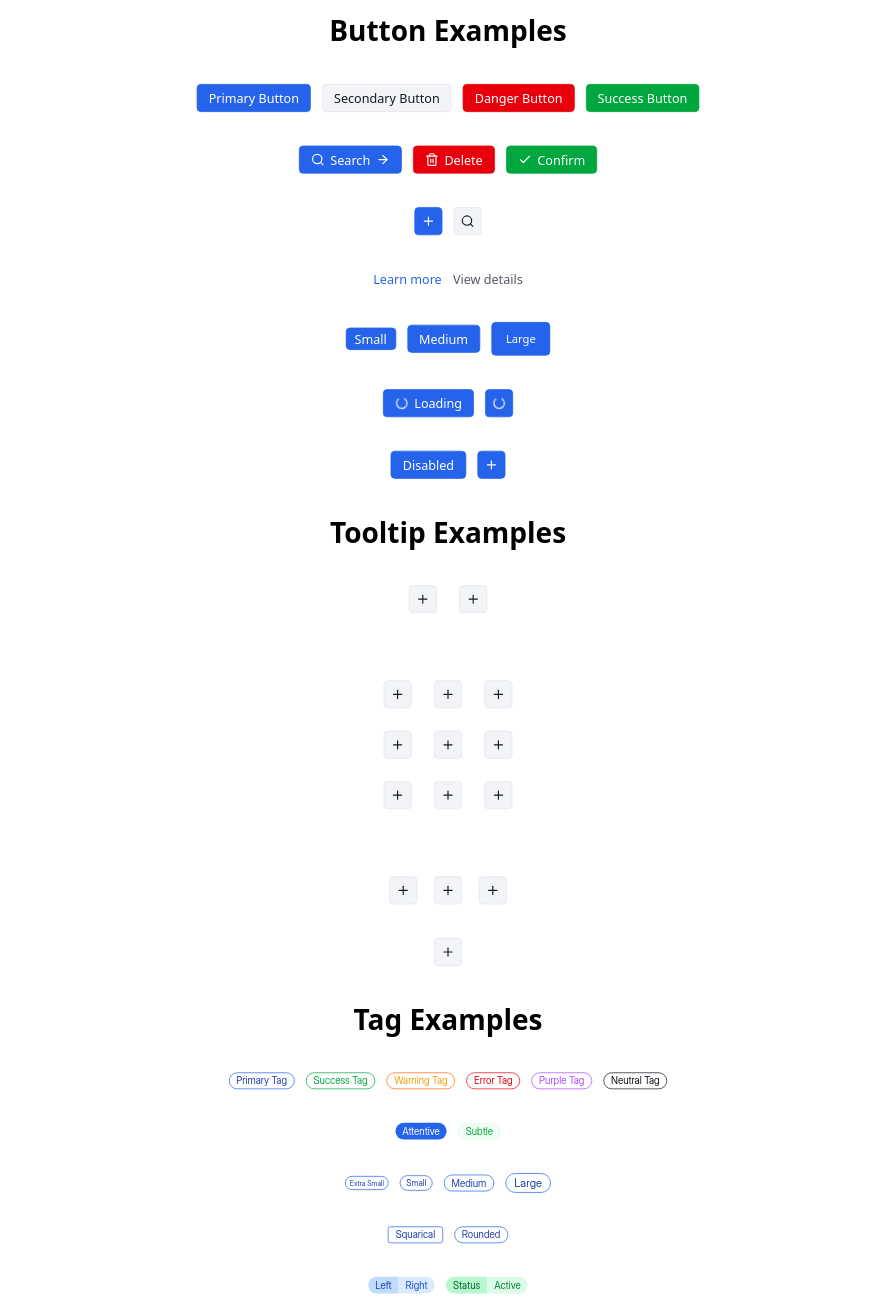
Repository: vinit-juspay/design-system
Page: /
The author's editor kept a copy of each file at every save. The page is drawn from the files as they stood at one save, then again after the next save.
The browser window is 1280 px wide. The pictures show the whole page, at 70% of full size.
Some web fonts or font styles are not loaded; a fallback is used. The project was rebuilt for these pictures with package versions that can differ from the ones it lists, and the page was loaded fresh each time. Also part of the build but not shown: vite.config.ts, src/components/button/Button.utils.ts, src/components/button/Button.tsx.

Above is the page before, as saved 2025-04-05 19:01:44.

### index.html
<!doctype html>
<html lang="en">
  <head>
    <meta charset="UTF-8" />
    <meta name="viewport" content="width=device-width, initial-scale=1.0" />
    <link rel="preconnect" href="https://fonts.googleapis.com">
    <link rel="preconnect" href="https://fonts.gstatic.com" crossorigin>
    <link href="https://fonts.googleapis.com/css2?family=Inter+Display:wght@400;500;600;700&family=JetBrains+Mono:wght@400;500;600;700&display=swap" rel="stylesheet">
    <title>Juspay Design System</title>
  </head>
  <body>
    <div id="root"></div>
    <script type="module" src="/src/main.tsx"></script>
  </body>
</html>

### src/index.ts
import './index.css';

export type { ButtonProps, ButtonType, ButtonSize } from './components/button/Button.types';
export { default as Button } from './components/button/Button';

export type { TooltipProps, TooltipSize, TooltipArrow, SlotDirection } from './components/tooltip/Tooltip.types';
export { default as Tooltip } from './components/tooltip/Tooltip';

### lib/main.ts
import '../src/index.css';

export { default as Button } from './components/Button/Button';
export { default as Tag, SplitTag } from './components/Tags/Tags';

### src/components/tooltip/Tooltip.tsx
import * as React from 'react';
import * as RadixTooltip from '@radix-ui/react-tooltip';
import { TooltipProps } from './Tooltip.types';
import { getTooltipClassNames, getArrowStyles, getContentContainerClassNames, getSlotClassNames } from './Tooltip.utils';

/**
 * Tooltip component built on top of Radix UI tooltip primitive
 * Provides contextual information when hovering over elements
 *
 * @component
 * @example
 * // Basic usage
 * <Tooltip content="This is a tooltip">
 *   <Button>Hover me</Button>
 * </Tooltip>
 *
 * // With custom slot (e.g. icon)
 * <Tooltip content="Custom tooltip" arrow="right" hasSlot slot={InfoIcon} slotDirection="left">
 *   <span>Hover for info</span>
 * </Tooltip>
 */

const Tooltip = React.forwardRef<
  React.ElementRef<typeof RadixTooltip.Content>,
  TooltipProps
>(({
  children,
  content,
  size = 'sm',
  arrow = 'default',
  hasSlot = false,
  slotDirection = 'left',
  slot: Slot,
  providerProps = { delayDuration: 300 },
  rootProps,
  contentProps,
}, ref) => {
  const tooltipClassNames = getTooltipClassNames(size);
  const { arrowClassName, side, align, showArrow } = getArrowStyles(arrow);
  const contentContainerClassNames = getContentContainerClassNames();

  return (
    <RadixTooltip.Provider delayDuration={providerProps.delayDuration}>
      <RadixTooltip.Root {...rootProps}>
        <RadixTooltip.Trigger asChild>
          {children}
        </RadixTooltip.Trigger>
        <RadixTooltip.Portal>
          <RadixTooltip.Content
            ref={ref}
            sideOffset={5}
            side={side as RadixTooltip.TooltipContentProps['side']}
            align={align as RadixTooltip.TooltipContentProps['align']}
            className={tooltipClassNames}
            {...contentProps}
          >
            <div className={contentContainerClassNames}>
              {hasSlot && slotDirection === 'left' && Slot && (
                <Slot className={getSlotClassNames('left')} />
              )}
              {content}
              {hasSlot && slotDirection === 'right' && Slot && (
                <Slot className={getSlotClassNames('right')} />
              )}
            </div>
            {showArrow && <RadixTooltip.Arrow className={arrowClassName} />}
          </RadixTooltip.Content>
        </RadixTooltip.Portal>
      </RadixTooltip.Root>
    </RadixTooltip.Provider>
  );
});

Tooltip.displayName = 'Tooltip';

export default Tooltip;

### lib/components/Button/Button.tsx
import * as React from 'react';
import { Loader2 } from 'lucide-react';
import { ButtonProps } from './types';
import { cn } from '../../utils';
import { getButtonClassNames, getIconClassNames, getTextClassNames } from './utils';

const Button = React.forwardRef<HTMLButtonElement, ButtonProps>(
  ({
    buttonType = 'primary',
    size = 'md',
    subType = 'default',
    text,
    leadingIcon: LeadingIcon,
    trailingIcon: TrailingIcon,
    isLoading = false,
    isDisabled = false,
    className,
    children,
    ...props
  }, ref) => {
    const baseClassNames = getButtonClassNames(buttonType, size, subType);
    const iconClassNames = getIconClassNames(size, isLoading);
    const textClassNames = getTextClassNames(size);

    return (
      <button
        ref={ref}
        disabled={isDisabled || isLoading}
        className={cn(baseClassNames, className)}
        {...props}
      >
        {isLoading && (
          <Loader2 className={iconClassNames} />
        )}
        {!isLoading && LeadingIcon && (
          <LeadingIcon className={iconClassNames} />
        )}
        {(text || children) && (
          <span className={textClassNames}>{text || children}</span>
        )}
        {!isLoading && TrailingIcon && (
          <TrailingIcon className={iconClassNames} />
        )}
      </button>
    );
  }
);

Button.displayName = 'Button';

export default Button;

### lib/components/Tags/Tags.tsx
import * as React from 'react';
import { TagProps, SplitTagProps } from './types';
import { cn } from '../../utils';
import { getTagClassNames, getSplitTagClassNames } from './utils';
import { themeConfig } from '../../themeConfig';

const Tag = React.forwardRef<HTMLDivElement, TagProps>(
  ({
    variant = 'noFill',
    tagStyle = 'rounded',
    size = 'md',
    color = 'neutral',
    label,
    leadingIcon: LeadingIcon,
    trailingIcon: TrailingIcon,
    className,
    children,
    ...props
  }, ref) => {
    const baseClassNames = getTagClassNames(variant, tagStyle, size, color);

    // Size-appropriate icon sizes from themeConfig
    const iconSizes = {
      xs: "h-2.5 w-2.5",
      sm: "h-3 w-3",
      md: "h-3.5 w-3.5",
      lg: "h-4 w-4"
    };

    if (variant === 'splitTags') {
      return null; // SplitTag component should be used instead
    }

    return (
      <div
        ref={ref}
        className={cn(baseClassNames, className)}
        {...props}
      >
        {LeadingIcon && (
          <LeadingIcon className={iconSizes[size]} />
        )}
        {(label || children) && (
          <span className={cn("font-body", themeConfig.euler.tag.sizes[size].fontSize.split(' ')[0])}>
            {label || children}
          </span>
        )}
        {TrailingIcon && (
          <TrailingIcon className={iconSizes[size]} />
        )}
      </div>
    );
  }
);

Tag.displayName = 'Tag';

export const SplitTag = React.forwardRef<HTMLDivElement, SplitTagProps>(
  ({
    tagStyle = 'rounded',
    size = 'md',
    color = 'neutral',
    leftLabel,
    rightLabel,
    leftIcon: LeftIcon,
    rightIcon: RightIcon,
    className,
    ...props
  }, ref) => {
    // Size-appropriate icon sizes
    const iconSizes = {
      xs: "h-2.5 w-2.5",
      sm: "h-3 w-3",
      md: "h-3.5 w-3.5",
      lg: "h-4 w-4"
    };

    return (
      <div
        ref={ref}
        className={cn("inline-flex", className)}
        {...props}
      >
        <div className={getSplitTagClassNames(tagStyle, size, color, true)}>
          {LeftIcon && <LeftIcon className={iconSizes[size]} />}
          {leftLabel && (
            <span className={cn("font-body", themeConfig.euler.tag.sizes[size].fontSize.split(' ')[0])}>
              {leftLabel}
            </span>
          )}
        </div>
        <div className={getSplitTagClassNames(tagStyle, size, color, false)}>
          {rightLabel && (
            <span className={cn("font-body", themeConfig.euler.tag.sizes[size].fontSize.split(' ')[0])}>
              {rightLabel}
            </span>
          )}
          {RightIcon && <RightIcon className={iconSizes[size]} />}
        </div>
      </div>
    );
  }
);

SplitTag.displayName = 'SplitTag';

export default Tag;

### src/components/tooltip/Tooltip.utils.ts
import { TooltipSize, TooltipArrow } from './Tooltip.types';
import { themeConfig } from '../../themeConfig';
import { cn } from '../../lib/utils';

/**
 * Generates the appropriate class names for a tooltip based on its size
 *
 * @param {TooltipSize} size - The size of the tooltip (sm or lg)
 * @returns {string} Combined Tailwind CSS class names for the tooltip
 */
export const getTooltipClassNames = (size: TooltipSize): string => {
  const theme = themeConfig.euler.tooltip;
  const tooltipSize = theme.sizes[size];

  return cn(
    theme.baseStyles,
    tooltipSize.padding,
    tooltipSize.fontSize,
    tooltipSize.borderRadius,
    tooltipSize.maxWidth
  );
};

/**
 * Generates the appropriate class names for the slot based on its direction
 *
 * @param {string} direction - The direction of the slot ('left' or 'right')
 * @returns {string} Combined Tailwind CSS class names for the slot
 */
export const getSlotClassNames = (direction: 'left' | 'right'): string => {
  return cn(
    'h-4 w-4',
    direction === 'left' ? 'mr-2' : 'ml-2'
  );
};

/**
 * Generates the appropriate class names for a tooltip arrow based on its position
 *
 * @param {TooltipArrow} arrow - The position of the arrow
 * @returns {object} Object containing arrow classes and side/align props for Radix UI
 */
export const getArrowStyles = (arrow: TooltipArrow) => {
  const theme = themeConfig.euler.tooltip;

  // Default positioning (top arrow)
  let side = 'top';
  let align = 'center';
  let showArrow = true;

  switch (arrow) {
    case 'right':
      side = 'left';
      align = 'center';
      break;
    case 'left':
      side = 'right';
      align = 'center';
      break;
    case 'bottomCenter':
      side = 'bottom';
      align = 'center';
      break;
    case 'bottomLeft':
      side = 'bottom';
      align = 'start';
      break;
    case 'bottomRight':
      side = 'bottom';
      align = 'end';
      break;
    case 'topCenter':
      side = 'top';
      align = 'center';
      break;
    case 'topLeft':
      side = 'top';
      align = 'start';
      break;
    case 'topRight':
      side = 'top';
      align = 'end';
      break;
    case 'none':
      showArrow = false;
      break;
    default:
      // Default is top with center alignment
      break;
  }

  return {
    arrowClassName: cn(theme.arrow.baseStyles),
    side,
    align,
    showArrow
  };
};

/**
 * Generates the appropriate class names for the content container of the tooltip
 *
 * @returns {string} Combined Tailwind CSS class names for the tooltip content
 */
export const getContentContainerClassNames = (): string => {
  const theme = themeConfig.euler.tooltip;

  return cn(
    'flex',
    theme.content.baseStyles
  );
};

### lib/components/Button/utils.ts
import { ButtonSize, ButtonType, ButtonSubType } from './types';
import { themeConfig } from '../../themeConfig';
import { cn } from '../../utils';

export const getButtonClassNames = (
  type: ButtonType,
  size: ButtonSize,
  subType: ButtonSubType
): string => {
  const theme = themeConfig.euler.button;
  const buttonType = theme.buttonType[type];
  const buttonSize = theme.sizes[size];

  const baseClasses = `
    inline-flex items-center justify-center
    transition-all duration-200
    focus-visible:outline-primary-200 focus-visible:outline-2
    focus:outline-primary-200 focus:outline-2
    disabled:pointer-events-none
  `;

  if (subType === 'link') {
    return cn(
      baseClasses,
      buttonSize.fontSize,
      theme.linkColors[type].text,
      theme.linkColors[type].hover,
      theme.linkColors[type].focus
    );
  }

  if (subType === 'iconOnly') {
    return cn(
      baseClasses,
      buttonSize.height,
      'aspect-square p-0',
      buttonType.backgroundColor,
      buttonType.textColor,
      buttonType.hoverBackgroundColor,
      buttonType.activeBackgroundColor,
      buttonType.borderColor,
      buttonType.disabledBackgroundColor,
      theme.borderRadius
    );
  }

  return cn(
    baseClasses,
    buttonSize.height,
    buttonSize.padding,
    buttonSize.fontSize,
    buttonSize.gap,
    buttonType.backgroundColor,
    buttonType.textColor,
    buttonType.hoverBackgroundColor,
    buttonType.activeBackgroundColor,
    buttonType.borderColor,
    buttonType.disabledBackgroundColor,
    theme.borderRadius
  );
};

export const getIconClassNames = (size: ButtonSize, isLoading: boolean): string => {
  const theme = themeConfig.euler.button;
  const buttonSize = theme.sizes[size];

  return cn(
    buttonSize.iconSize,
    isLoading && 'animate-spin'
  );
};

export const getTextClassNames = (size: ButtonSize): string => {
  const theme = themeConfig.euler.button;
  const buttonSize = theme.sizes[size];

  return cn(
    buttonSize.fontSize
  );
};

### lib/components/Tags/utils.ts
import { TagVariant, TagStyle, TagSize, TagColor } from './types';
import { themeConfig } from '../../themeConfig';
import { cn } from '../../utils';

export const getTagClassNames = (
  variant: TagVariant,
  tagStyle: TagStyle,
  size: TagSize,
  color: TagColor
): string => {
  const theme = themeConfig.euler.tag;

  // Base classes for all tags
  const baseClasses = `
    inline-flex items-center justify-center
    gap-2 transition-all duration-200
  `;

  // For splitTags, we'll handle this differently in the component
  if (variant === 'splitTags') {
    return cn(
      baseClasses,
      theme.sizes[size].height,
      theme.sizes[size].fontSize,
      theme.style[tagStyle]
    );
  }

  // Log the font size class being applied for debugging
  console.log(`Applying font size class: ${theme.sizes[size].fontSize}`);

  return cn(
    baseClasses,
    theme.sizes[size].height,
    theme.sizes[size].padding,
    theme.sizes[size].fontSize,
    theme.style[tagStyle],
    theme.variant[variant][color]
  );
};

export const getSplitTagClassNames = (
  tagStyle: TagStyle,
  size: TagSize,
  color: TagColor,
  isLeft: boolean
): string => {
  const theme = themeConfig.euler.tag;
  const side = isLeft ? 'left' : 'right';

  // Log the font size class being applied for debugging
  console.log(`Applying split tag font size class: ${theme.sizes[size].fontSize}`);

  return cn(
    'inline-flex items-center justify-center gap-2',
    theme.sizes[size].height,
    theme.sizes[size].padding,
    theme.sizes[size].fontSize,
    theme.splitStyle[tagStyle][side],
    theme.splitTag[color][side]
  );
};

### lib/themeConfig.ts
// Copy your existing themeConfig.ts file here
// This is a placeholder - use your actual theme config
export const themeConfig = {
  euler: {
    button: {
      buttonType: {
        primary: {
          backgroundColor: 'bg-blue-600',
          textColor: 'text-white',
          hoverBackgroundColor: 'hover:bg-blue-700',
          borderColor: 'border border-blue-600'
        },
        secondary: {
          backgroundColor: 'bg-gray-100',
          textColor: 'text-gray-900',
          hoverBackgroundColor: 'hover:bg-gray-200',
          borderColor: 'border border-gray-200'
        },
        danger: {
          backgroundColor: 'bg-red-600',
          textColor: 'text-white',
          hoverBackgroundColor: 'hover:bg-red-700',
          borderColor: 'border border-red-600'
        },
        success: {
          backgroundColor: 'bg-green-600',
          textColor: 'text-white',
          hoverBackgroundColor: 'hover:bg-green-700',
          borderColor: 'border border-green-600'
        }
      },
      sizes: {
        sm: {
          height: 'h-8',
          padding: 'px-3',
          fontSize: 'text-sm',
          iconSize: 'w-4 h-4',
          gap: 'gap-1.5'
        },
        md: {
          height: 'h-10',
          padding: 'px-4',
          fontSize: 'text-sm',
          iconSize: 'w-5 h-5',
          gap: 'gap-2'
        },
        lg: {
          height: 'h-12',
          padding: 'px-5',
          fontSize: 'text-base',
          iconSize: 'w-5 h-5',
          gap: 'gap-2'
        }
      },
      linkColors: {
        primary: {
          text: 'text-blue-600',
          hover: 'hover:text-blue-700',
          focus: 'focus:text-blue-700'
        },
        secondary: {
          text: 'text-gray-600',
          hover: 'hover:text-gray-700',
          focus: 'focus:text-gray-700'
        },
        danger: {
          text: 'text-red-600',
          hover: 'hover:text-red-700',
          focus: 'focus:text-red-700'
        },
        success: {
          text: 'text-green-600',
          hover: 'hover:text-green-700',
          focus: 'focus:text-green-700'
        }
      },
      borderRadius: 'rounded-md'
    },
    tag: {
      variant: {
        noFill: {
          neutral: 'bg-gray-0 text-gray-950 border border-gray-950',
          primary: 'bg-gray-0 text-blue-800 border border-blue-600',
          success: 'bg-gray-0 text-green-600 border border-green-600',
          error: 'bg-gray-0 text-red-600 border border-red-600',
          warning: 'bg-gray-0 text-amber-500 border border-orange-500',
          purple: 'bg-gray-0 text-purple-500 border border-purple-500'
        },
        attentive: {
          neutral: 'bg-gray-950 text-gray-0',
          primary: 'bg-blue-600 text-gray-0',
          success: 'bg-green-600 text-gray-0',
          error: 'bg-red-600 text-gray-0',
          warning: 'bg-orange-500 text-gray-0',
          purple: 'bg-purple-500 text-gray-0'
        },
        subtle: {
          neutral: 'bg-gray-50 text-gray-950 border border-gray-200',
          primary: 'bg-blue-50 text-blue-600 border border-blue-100',
          success: 'bg-green-50 text-green-600 border border-green-100',
          error: 'bg-red-50 text-red-600 border border-red-100',
          warning: 'bg-orange-50 text-amber-600 border border-orange-100',
          purple: 'bg-purple-50 text-purple-600 border border-purple-100'
        }
      },
      splitTag: {
        neutral: {
          left: 'bg-gray-0 text-gray-950 border border-gray-950',
          right: 'bg-gray-950 text-gray-0'
        },
        primary: {
          left: 'bg-blue-200 text-blue-800',
          right: 'bg-blue-100 text-blue-700'
        },
        success: {
          left: 'bg-green-200 text-green-800',
          right: 'bg-green-100 text-green-700'
        },
        error: {
          left: 'bg-red-200 text-red-800',
          right: 'bg-red-100 text-red-700'
        },
        warning: {
          left: 'bg-amber-200 text-amber-800',
          right: 'bg-amber-100 text-amber-700'
        },
        purple: {
          left: 'bg-purple-200 text-purple-800',
          right: 'bg-purple-100 text-purple-700'
        }
      },
      sizes: {
        xs: {
          height: 'h-5',
          padding: 'px-1.5 py-0.5',
          fontSize: 'text-body-xs font-body'
        },
        sm: {
          height: 'h-[22px]',
          padding: 'px-2 py-0.75',
          fontSize: 'text-body-sm font-body'
        },
        md: {
          height: 'h-6',
          padding: 'px-2.5 py-1',
          fontSize: 'text-body-md font-body'
        },
        lg: {
          height: 'h-7',
          padding: 'px-3 py-1.5',
          fontSize: 'text-body-lg font-body'
        }
      },
      style: {
        squarical: 'rounded',
        rounded: 'rounded-full'
      },
      splitStyle: {
        squarical: {
          left: 'rounded-l',
          right: 'rounded-r'
        },
        rounded: {
          left: 'rounded-l-full',
          right: 'rounded-r-full'
        }
      }
    }
  }
};

Loaded but not shown: src/main.tsx (common file); src/index.css (common file); src/lib/utils.ts (common file); lib/utils/index.ts (common file); tailwind.config.js (318 lines, source omitted); src/App.tsx (335 lines, source omitted); src/themeConfig.ts (278 lines, source omitted)

After the next save:
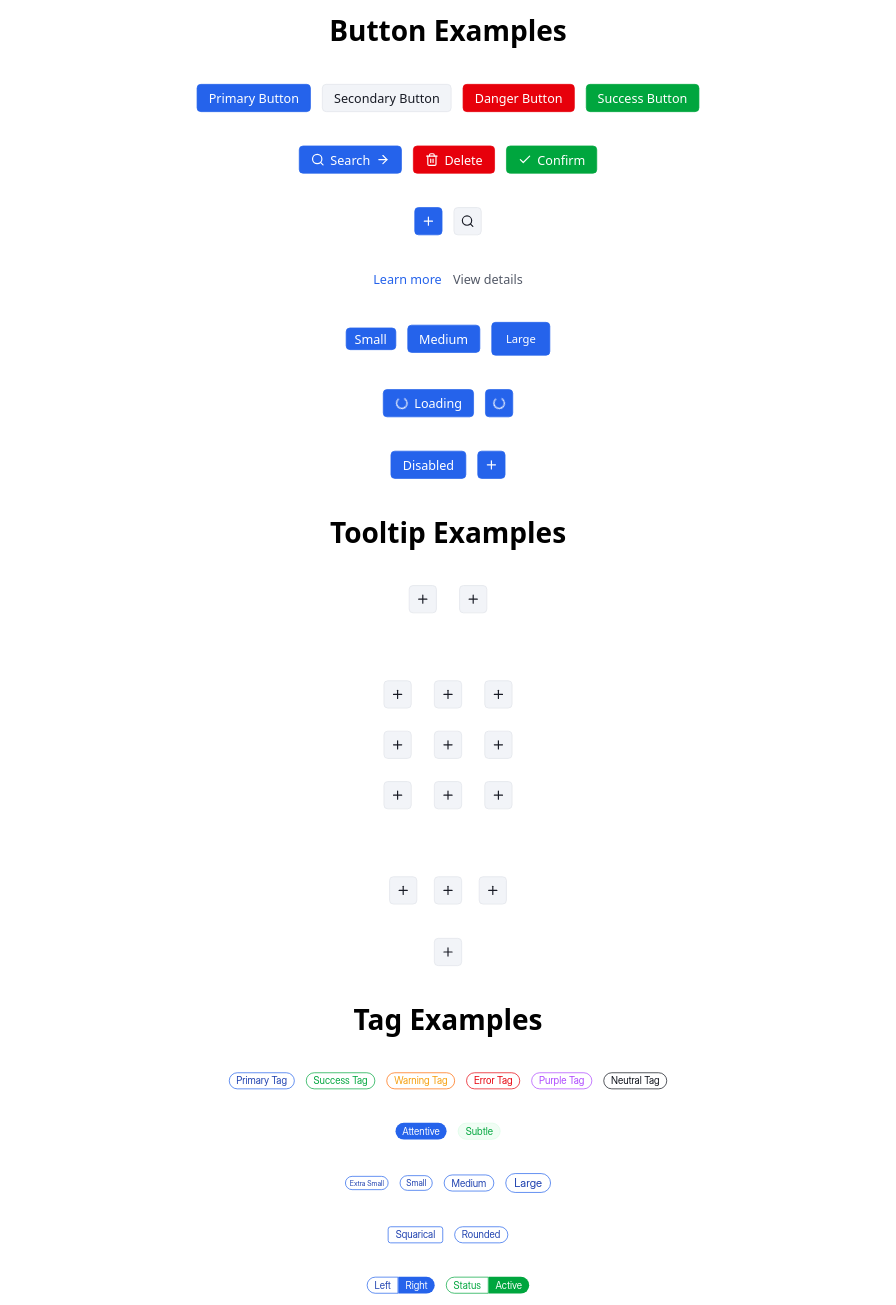
Saved 110 s later.
--- a/lib/themeConfig.ts
+++ b/lib/themeConfig.ts
@@ -109,24 +109,24 @@ export const themeConfig = {
           right: 'bg-gray-950 text-gray-0'
         },
         primary: {
-          left: 'bg-blue-200 text-blue-800',
-          right: 'bg-blue-100 text-blue-700'
+          left: 'bg-gray-0 text-blue-800 border border-blue-600',
+          right: 'bg-blue-600 text-gray-0'
         },
         success: {
-          left: 'bg-green-200 text-green-800',
-          right: 'bg-green-100 text-green-700'
+          left: 'bg-gray-0 text-green-600 border border-green-600',
+          right: 'bg-green-600 text-gray-0'
         },
         error: {
-          left: 'bg-red-200 text-red-800',
-          right: 'bg-red-100 text-red-700'
+          left: 'bg-gray-0 text-red-600 border border-red-600',
+          right: 'bg-red-600 text-gray-0'
         },
         warning: {
-          left: 'bg-amber-200 text-amber-800',
-          right: 'bg-amber-100 text-amber-700'
+          left: 'bg-gray-0 text-amber-500 border border-orange-500',
+          right: 'bg-orange-500 text-gray-0'
         },
         purple: {
-          left: 'bg-purple-200 text-purple-800',
-          right: 'bg-purple-100 text-purple-700'
+          left: 'bg-gray-0 text-purple-500 border border-purple-500',
+          right: 'bg-purple-500 text-gray-0'
         }
       },
       sizes: {
